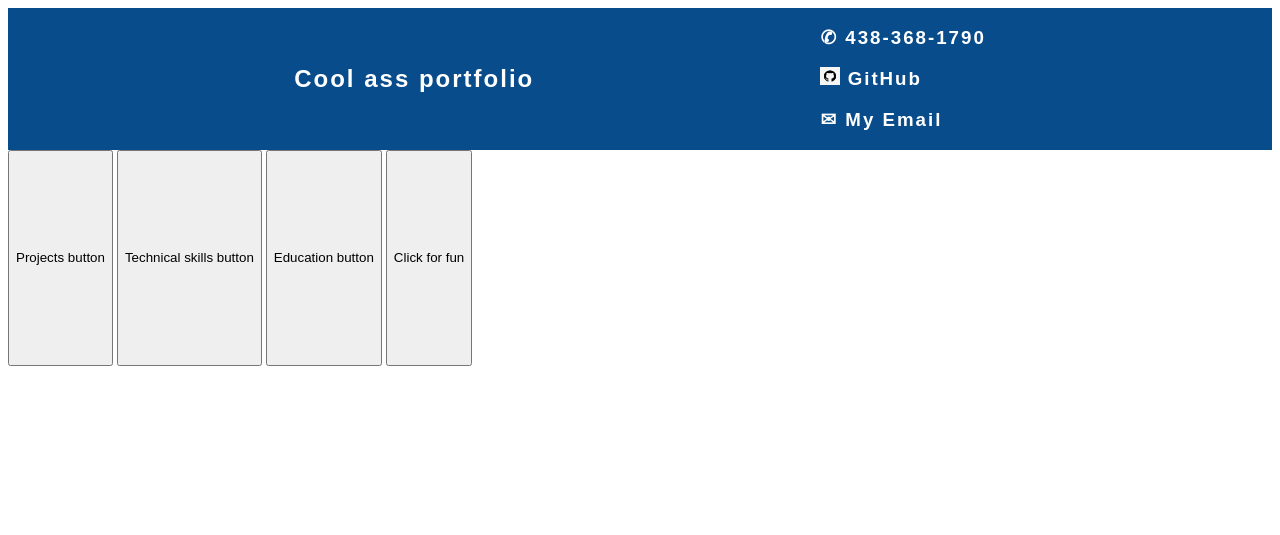
Repository: zackaroo20/zackaroo20
Page: index.html
These files come from the project's save history. The page is drawn as it stood at one moment and after the next save; the edit follows.
The browser window is 1280 px wide. The pictures show the whole page.

Above is the page before, as saved 2026-05-12 12:53:36.

### index.html
<!doctype html>
<html lang="en">
  <head>
    <meta charset="UTF-8" />
    <meta name="viewport" content="width=device-width, initial-scale=1.0" />
    <title>Document</title>
    <link rel="stylesheet" href="./styles/index.css" />
  </head>
  <header>
        <section>
            <h1>Cool ass portfolio</h1>
        </section>
        <aside>
            <h3> ✆ 438-368-1790</h3>
            <h3><a href="https://github.com/zackaroo20"><img src="/assets/specs/GHicon.png  " alt="git hub logo"> GitHub</a></h3>
            <h3><a href="emailto:tomjerrysc@gmail.com"><p class = longemail>✉ My Email</p></a></h3>



        </aside>

    </header>
    <body>
      <section>
        <button>Projects button</button>
        <button>Technical skills button </button>
        <button>Education button</button>
        <button>Click for fun</button>


      </section>




    </body>
  <body>
    <!-- TODO -->
  </body>
</html>

### styles/index.css
@page {
  size: A4;
  margin: 1cm;
}

header {
  font-family: Arial, Helvetica, sans-serif;
  letter-spacing: 2px;
  background-color: #084c8b;
  color: white;
  display: flex;
  justify-content: space-evenly;
  align-items: center;
}
section{
    grid-template-columns:;







}
img {
  background-color: transparent;
  width: 20px;
  height: 18px;
}
h3 a {
  text-decoration: none;
  color: inherit;
}
 button {
  height: 30vh;
 }

After the next save:
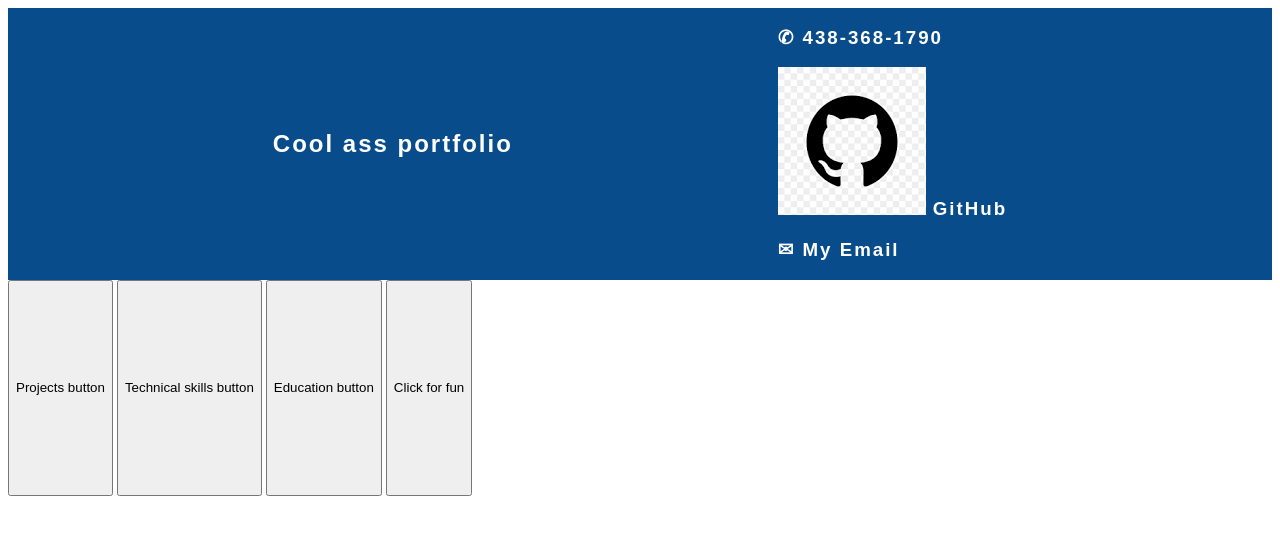
Saved 108 s later.
--- a/styles/index.css
+++ b/styles/index.css
@@ -13,7 +13,7 @@ header {
   align-items: center;
 }
 section{
-    grid-template-columns:;
+    grid-template-columns: repeat(2,1fr);
 
 
 
@@ -24,8 +24,7 @@ section{
 }
 img {
   background-color: transparent;
-  width: 20px;
-  height: 18px;
+
 }
 h3 a {
   text-decoration: none;
